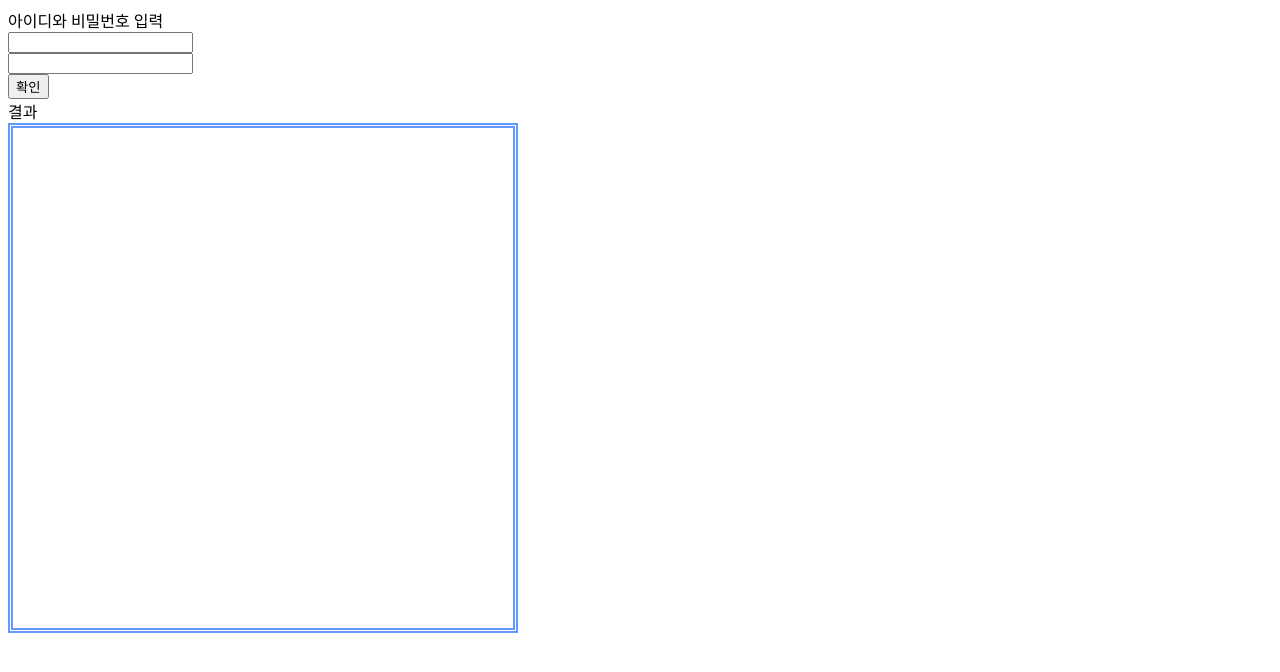
Repository: Tak-kuen/18-2
Page: http://localhost/studyjsp/ajax/ex07-1.jsp
These files come from the project's save history. The page is drawn as it stood at one moment and after the next save; the edit follows.
The browser window is 1280 px wide. The pictures show the whole page.
The page is served by Tomcat 9.

Above is the page before, as saved 2018-10-25 01:44:16.

After the next save:
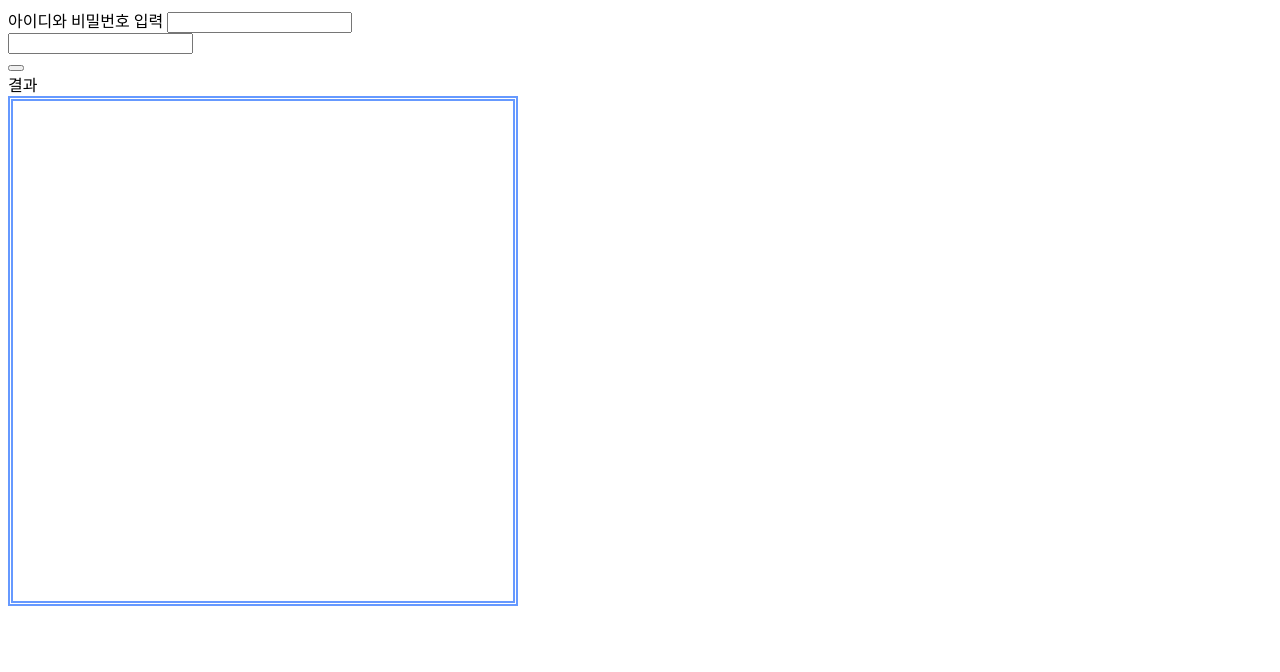
Saved 2 min 1 s later.
--- a/code/studyjsp/WebContent/ajax/ex07-1.jsp
+++ b/code/studyjsp/WebContent/ajax/ex07-1.jsp
@@ -15,11 +15,9 @@
 </head>
 <body>
 아이디와 비밀번호 입력
-	<form>
-		<input id="userid" type="text"><br>
-		<input id="password" type="password"><br>
-		<input id="b1" type="button" value="확인"><br>
-	</form>
+	<input name="userid" type="text"><br>
+	<input name="password" type="password"><br>
+	<button id="b1" value="확인"></button><br>
 결과
 <div id="result"></div>
 
